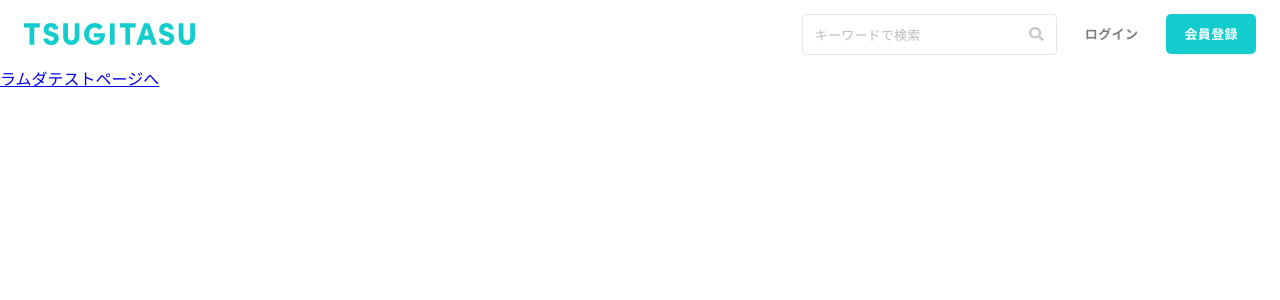
Repository: tsugitasu-japan/tsugitasu
Page: /
An editor plug-in stored every save of this project. The page is shown before and after the next save, followed by the edit.
The browser window is 1280 px wide. The pictures show the whole page.
The project was rebuilt for these pictures with package versions that can differ from the ones it lists, and the page was loaded fresh each time. Also part of the build but not shown: src/views/CreateAuth.vue.

Above is the page before, as saved 2022-06-30 16:06:16.

### src/App.vue
<template>
<div>
  <router-view></router-view>
</div>
</template>

<script>

</script>

<style>

/*リセットCSS--------------------------------*/
*,
*::before,
*::after {
  box-sizing: border-box;
}
body,
h1,
h2,
h3,
h4,
p,
figure,
blockquote,
dl,
dd {
  margin: 0;
}
ul[role="list"],
ol[role="list"] {
  list-style: none;
}
html:focus-within {
  scroll-behavior: smooth;
}
body {
  min-height: 100vh;
  text-rendering: optimizeSpeed;
  line-height: 1.5;
}
a:not([class]) {
  text-decoration-skip-ink: auto;
}
img,
picture {
  max-width: 100%;
  display: block;
}
input,
button,
textarea,
select {
  font: inherit;
}
@media (prefers-reduced-motion: reduce) {
  html:focus-within {
    scroll-behavior: auto;
  }
  *,
  *::before,
  *::after {
    animation-duration: 0.01ms !important;
    animation-iteration-count: 1 !important;
    transition-duration: 0.01ms !important;
    scroll-behavior: auto !important;
  }
}
/*リセットcss終了---------------------------------*/

</style>

### src/components/Header.vue
<template>
  <header>
    <div class="header__left">
      <router-link class="link_style" to="/"><img src="../assets/logo.svg"></router-link>
    </div>
    <div class="header__right">
      <!-- 検索ボックス -->
      <div class="search__area">
        <input
        class="search__input"
        type="text"
        placeholder="キーワードで検索"
        v-model="SeachKeywords"
        >
        <button
          class="search__button"
          @click="GetArticle"
          >
          <img src="../assets/Icon-search.svg">
        </button>
      </div>
      <div class="link_login_button"><router-link class="link_login" to="/login"><div class="link_login_text">ログイン</div></router-link></div>
      <div class="link_signup_button"><router-link class="link_signup" to="/signup"><div class="link_signup_text">会員登録</div></router-link></div>
    </div>

  </header>

</template>

<script>
export default{
  data() {
    return{
    SeachKeywords:'',
    }
  },
  methods:{

  }
}
</script>

<style scoped lang="scss">
@import url('https://fonts.googleapis.com/css2?family=Noto+Sans+JP:wght@300;400;500;700&display=swap');

// @import url("yakuhanjp/dist/scss/yakuhanjp_s");
$main-color:#13CCCE;
$main-hover:#26ABAD;
$black:#2B2B2B;
// $main-font-family:'メイリオ', 'Meiryo','Hiragino Kaku Gothic ProN','ヒラギノ角ゴ ProN W3',sans-serif;
$main-font-family:'Noto Sans JP', sans-serif;
header{
  display: flex;
  align-items: center;
  justify-content: space-between;
  padding: 0px 24px 0px 24px;
  height: 68px;
  .header__left{
    padding: 15px 0 15px 0px;
  }
  .header__right{
    display: flex;
    align-items: center;
    justify-content: center;
    .search__area{
        border: solid 1px #E6E6E6;
        border-radius: 4px;
        width:255px;
        display: flex;
        justify-content: space-between;
        padding:2px;
        transition: 0.1s ease;
        &:hover{
          border: solid 1px #999999;
        }
        &:focus-within{
          border: solid 1px #999999;
        }
      .search__input{
        font-family: $main-font-family;
        font-size: 13px;
        font-weight: 400;
        color: $black;
        width:215px;
        height: 35px;
        border: none;
        letter-spacing: 0.2px;
        padding-left:10px;
        vertical-align:top;
        line-height: 1.5;

          &::placeholder{
          font-family: $main-font-family;
          color: #bcbcbc;
          font-weight: 300;
          }

          &:focus{
            background: transparent;
            outline: transparent;
          }
      }
      .search__button{
        background-color: transparent;
        border:none;
        width:35px;
        height:35px;
          img{
            margin:0 auto;
        }
      }
    }
    // ログイン・サインアップリンク
    .link_login_button{
      margin:0px 12px;
     .link_login{
       text-decoration: none;
       display:block;
       .link_login_text{
         font-family: $main-font-family;
         font-size: 13px;
         font-weight: 700;
         letter-spacing: 0.4px;
         color: #7F7F7F;
         padding: 9px 16px;
         transition: 0.1s ease;
        &:hover{
          color:$black;
        }
       }
     }
    }
    .link_signup_button{
     .link_signup{
       text-decoration: none;
       display:block;
       border-radius: 5px;
       background-color: $main-color;
       transition: 0.1s ease;
      &:hover{
        background-color:$main-hover;
      }
       .link_signup_text{
         font-family: $main-font-family;
         font-size: 13px;
         font-weight: 700;
         letter-spacing: 0.4px;
         color: #FFFFFF;
         padding: 10px 18px;
        display: flex;
        align-items: center;
        justify-content: center;
       }
     }
    }
  }
}

</style>

### src/views/Index.vue
<template>
<div>
  <Header></Header>
  <router-link to="/test">ラムダテストページへ</router-link>
</div>

</template>

### src/views/CreateClass.vue
<template>
  <header class="create_header header_position">
    <router-link to="/dashboard" class="back_link_style">やめる</router-link>
    <div class="button_contnair">
      <svg class="help_icon" xmlns="http://www.w3.org/2000/svg" width="24" height="24" viewBox="0 0 24 24">
        <g transform="translate(-993 -18.35)">
          <path class="help_icon_fill"
            d="M6.291,0A4.932,4.932,0,0,0,1.91,2.317a.612.612,0,0,0,.132.837l1.1.833a.611.611,0,0,0,.847-.106A2.47,2.47,0,0,1,6.093,2.622c.783,0,1.752.5,1.752,1.263,0,.574-.474.869-1.247,1.3C5.7,5.694,4.5,6.323,4.5,7.9v.249a.611.611,0,0,0,.611.611H6.958a.611.611,0,0,0,.611-.611V8c0-1.091,3.189-1.137,3.189-4.089C10.758,1.687,8.452,0,6.291,0ZM6.036,9.507A1.763,1.763,0,1,0,7.8,11.271,1.765,1.765,0,0,0,6.036,9.507Z"
            transform="translate(998.896 23.658)" fill="#cecece" />
          <circle class="help_icon_stroke" cx="11" cy="11" r="11" transform="translate(994 19.35)" fill="none"
            stroke="#cecece" stroke-width="2" />
        </g>
      </svg>
    </div>
  </header>
  <CreateClassContent></CreateClassContent>
</template>

<script>
  import CreateClassContent from '../components/CreateClassContent.vue'

  export default{
    components:{
      CreateClassContent
    }
  }
</script>

<style scoped lang="scss">
@import url('https://fonts.googleapis.com/css2?family=Noto+Sans+JP:wght@300;400;500;700&display=swap');

// @import url("yakuhanjp/dist/scss/yakuhanjp_s");
$main-color: #13CCCE;
$main-hover: #26ABAD;
$black: #2B2B2B;
$off-color: #999999;
// $main-font-family:'メイリオ', 'Meiryo','Hiragino Kaku Gothic ProN','ヒラギノ角ゴ ProN W3',sans-serif;
$main-font-family: 'Noto Sans JP', sans-serif;

.create_header {
  height: 60px;
  padding: 0px 24px 0px 24px;
  display: flex;
  justify-content: space-between;
  align-items: center;
  background-color: #FFFFFF;
  border-bottom: 1px solid #ECECEC;
  .button_contnair {
    width: 30px;
    height: 30px;
    position: relative;

    &:hover .help_icon_fill {
      fill: #8c8c8c;
    }

    &:hover .help_icon_stroke {
      stroke: #8c8c8c;
    }

    .help_icon {
      position: absolute;
      top: 0;
      left: 0;
      right: 0;
      bottom: 0;
      margin: auto;

      .help_icon_fill {
        transition: .1s;
      }

      .help_icon_stroke {
        transition: .1s;
      }
    }
  }

  .back_link_style {
    text-decoration: none;
    font-family: $main-font-family;
    font-size: 13.5px;
    font-weight: 700;
    color: $off-color;
    letter-spacing: 0.2px;
    transition: .2s ease;

    &:hover {
      color: $black;
    }
  }
}
</style>

### src/components/SignUpHeader.vue
<template>
  <header>
    <div class="signup__header__left">
      <router-link class="link_style" to="/"><img src="../assets/logo.svg"></router-link>
    </div>
    <div class="signup__header__right">
      <div class="link_login_button"><router-link class="link_login" to="/login"><div class="link_login_text">ログインはこちらから</div></router-link></div>
    </div>

  </header>

</template>

<style  scoped lang="scss">
@import url('https://fonts.googleapis.com/css2?family=Noto+Sans+JP:wght@300;400;500;700&display=swap');

// @import url("yakuhanjp/dist/scss/yakuhanjp_s");
$main-color:#13CCCE;
$main-hover:#26ABAD;
$black:#2B2B2B;
// $main-font-family:'メイリオ', 'Meiryo','Hiragino Kaku Gothic ProN','ヒラギノ角ゴ ProN W3',sans-serif;
$main-font-family:'Noto Sans JP', sans-serif;

header{
  display: flex;
  align-items: center;
  justify-content: space-between;
  padding: 14px 24px 14px 24px;
  border-bottom:1px solid #ECECEC ;

  // .header__left{

  // }
  .signup__header__right{
    // ログイン
    .link_login_button{
      margin:0px 12px;
     .link_login{
       text-decoration: none;
       display:block;
       .link_login_text{
         font-family: $main-font-family;
         font-size: 13px;
         font-weight: 500;
         letter-spacing: 0.4px;
         color: #7F7F7F;
         padding: 9px 0px;
         transition: 0.1s ease;
        &:hover{
          color:$black;
        }
       }
     }
    }
  }
}

</style>

### src/components/LogInHeader.vue
<template>
  <header>
    <div class="signup__header__left">
      <router-link class="link_style" to="/"><img src="../assets/logo.svg"></router-link>
    </div>
    <div class="signup__header__right">
      <div class="link_login_button"><router-link class="link_login" to="/signup"><div class="link_login_text">会員登録はこちらから</div></router-link></div>
    </div>

  </header>

</template>

<style  scoped lang="scss">
@import url('https://fonts.googleapis.com/css2?family=Noto+Sans+JP:wght@300;400;500;700&display=swap');

// @import url("yakuhanjp/dist/scss/yakuhanjp_s");
$main-color:#13CCCE;
$main-hover:#26ABAD;
$black:#2B2B2B;
// $main-font-family:'メイリオ', 'Meiryo','Hiragino Kaku Gothic ProN','ヒラギノ角ゴ ProN W3',sans-serif;
$main-font-family:'Noto Sans JP', sans-serif;

header{
  display: flex;
  align-items: center;
  justify-content: space-between;
  padding: 14px 24px 14px 24px;
  border-bottom:1px solid #ECECEC ;

  // .header__left{

  // }
  .signup__header__right{
    // ログイン
    .link_login_button{
      margin:0px 12px;
     .link_login{
       text-decoration: none;
       display:block;
       .link_login_text{
         font-family: $main-font-family;
         font-size: 13px;
         font-weight: 500;
         letter-spacing: 0.4px;
         color: #7F7F7F;
         padding: 9px 0px;
         transition: 0.1s ease;
        &:hover{
          color:$black;
        }
       }
     }
    }
  }
}

</style>

### src/components/MyProfile.vue
<template>
  <div class="profile_layout">
    <div class="self_introduce_contnair">
      <div class="self_introduce_contnair_left">
        <div class="img_area">
          <!-- 本当はユーザーのアイコンを設置 -->
          <div class="test_circle"></div>
        </div>
        <div class="text_area">
          <p class="profile_username_style username_padding">{{ username }}</p>
          <p class="profile_selfintro_style profile_selfintro_contnair">{{ selfIntroduction }}</p>
          <div class="follow_info_area">
            <router-link to="/profile/following" class="follow_info_style follow_info_margin_r"><span class="follow_num_style">{{ followNum }}</span> フォロー</router-link>
            <router-link to="/profile/followers" class="follow_info_style"><span class="follow_num_style">{{ followerNum }}</span> フォロワー</router-link>
          </div>
       </div>
      </div>
      <div class="button_area">
        <div class="edit_button">
          <router-link class="link_edit_button" to="/profile/edit">
            <div class="edit_button_text">設定</div>
          </router-link>
        </div>
      </div>
    </div>
  </div>
</template>

<script>
export default {
  data() {
    return {
      username: '小島聡太テスト',
      selfIntroduction: '愛知県名古屋市で数学教員をしています。 数学の問題と解答をブラッシュアップの目的も兼ねて、時々投稿しています。 愛知県名古屋市で数学教員をしています。 数学の問題と解答をブラッシュアップの目的も兼ねて、時々投稿しています。',
      followNum: '3',
      followerNum: '3',
    }
  }
}

</script>

<style scoped lang="scss">
@import url('https://fonts.googleapis.com/css2?family=Noto+Sans+JP:wght@300;400;500;700&display=swap');

// @import url("yakuhanjp/dist/scss/yakuhanjp_s");
$main-color: #13CCCE;
$main-hover: #26ABAD;
$black: #2B2B2B;
// $main-font-family:'メイリオ', 'Meiryo','Hiragino Kaku Gothic ProN','ヒラギノ角ゴ ProN W3',sans-serif;
$main-font-family: 'Noto Sans JP', sans-serif;

.profile_layout {
  margin-top: 65px;
  display: flex;
  justify-content: center;

  .self_introduce_contnair {
    width: 730px;
    display: flex;
    justify-content: space-between;
    padding-bottom: 42px;
    border-bottom: 1px solid #E6E6E6;
    .self_introduce_contnair_left{
      display: flex;
    .img_area {
      margin-right: 32px;
      .test_circle {
        width: 104px;
        height: 104px;
        border-radius: 57px;
        background-color: #2B2B2B;
      }
    }

    .text_area {
      .profile_username_style {
        font-family: $main-font-family;
        font-size: 22px;
        font-weight: 700;
        letter-spacing: 0.8px;
        color: $black;
      }

      .username_padding {
        padding-bottom: 10px;
      }

      .profile_selfintro_style {
        font-family: $main-font-family;
        font-size: 14px;
        font-weight: 400;
        letter-spacing: 0.4px;
        line-height: 1.94;
        color: $black;
      }

      .profile_selfintro_contnair {
        max-width: 500px;
      }

      .follow_info_area {
        display: flex;
        padding-top: 11px;

        .follow_info_style {
          font-family: $main-font-family;
          font-size: 14px;
          font-weight: 400;
          letter-spacing: 0.4px;
          color: #7F7F7F;
          text-decoration: none;
          .follow_num_style{
          font-family: $main-font-family;
          font-size: 15px;
          font-weight: 700;
          color: $black;
          }
        }
        .follow_info_margin_r{
          margin-right: 12px;
        }
      }
    }

    }
    .button_area {
      .edit_button {
        .link_edit_button {
          text-decoration: none;
          display: block;
          border-radius: 3px;
          background-color: #FFFFFF;
          border: 1px solid #D8D8D8;
          transition: 0.2s ease;

          &:hover {
            border: 1px solid #404040;
          }

          .edit_button_text {
            font-family: $main-font-family;
            font-size: 12.5px;
            font-weight: 700;
            letter-spacing: 0.4px;
            color: #404040;
            padding: 9px 26px;
            display: flex;
            align-items: center;
            justify-content: center;
          }
        }
      }
    }
  }
}
</style>

### src/components/CreateAuthContent.vue
<template>
  <section>
    <div class="auth_contnair">

      <div class="auth_contnair_top">
        <h1 class='auth_title'>本人確認</h1>
        <p class="auth_user_email auth_user_email_margin">{{ email }}</p>
        <button class="repost_auth_code_button">認証コードを再送する</button>
      </div>

      <div class="auth_number_input_contnair">

        <input type="tel" class="auth_number_input" maxlength="1" autocorrect="off" autocapitalize="off"
          autocomplete="off" spellcheck="false" autofocus v-model="authNum01" ref="num01">

        <input type="tel" class="auth_number_input" maxlength="1" autocorrect="off" autocapitalize="off"
          autocomplete="off" spellcheck="false" v-model="authNum02" ref="num02" @keydown.delete="delite01">

        <input type="tel" class="auth_number_input" maxlength="1" autocorrect="off" autocapitalize="off"
          autocomplete="off" spellcheck="false" v-model="authNum03" ref="num03" @keydown.delete="delite02">

        <input type="tel" class="auth_number_input" maxlength="1" autocorrect="off" autocapitalize="off"
          autocomplete="off" spellcheck="false" v-model="authNum04" ref="num04" @keydown.delete="delite03">

        <input type="tel" class="auth_number_input" maxlength="1" autocorrect="off" autocapitalize="off"
          autocomplete="off" spellcheck="false" v-model="authNum05" ref="num05" @keydown.delete="delite04">

        <input type="tel" class="auth_number_input" maxlength="1" autocorrect="off" autocapitalize="off"
          autocomplete="off" spellcheck="false" v-model="authNum06" ref="num06" @keydown.delete="delite05">

      </div>

      <!-- エラー時表示 -->
      <p v-show="authError" class="auth_error_message">認証コードが正しくありません</p>

      <div class="auth_contnair_bottom">
        <p class="auth_explain">認証用コードを上記のアドレスに送信しました<br>続けるにはコードを入力してください</p>
        <button class="submit_button" v-bind:disabled="!isAuthSubmitButtonActive" @click="postAuth">認証</button>
      </div>
    </div>

  </section>
</template>

<script>

export default {
  data() {
    return {
      email: 'sotakojima@test.com',
      authError: false,
      // 認証コード
      authNum01: '',
      authNum02: '',
      authNum03: '',
      authNum04: '',
      authNum05: '',
      authNum06: '',
    }
  },
  computed: {
    // 承認ボタンを押せるか否かのバリデーション
     isAuthSubmitButtonActive() {
      if (this.authNum01 != '' && this.authNum02 != '' && this.authNum03 != '' && this.authNum04 != '' && this.authNum05 != '' && this.authNum06 != '') return true;
      return false;
    }
  },
  methods: {
    // input''の時Deliteでひとつ前のinputへ移動＆削除
  },
  watch: {
    // 入力されたらフォーカス移動
    authNum01: function (num) { if (num.length >= 1) { this.$refs.num02.focus() } },
    authNum02: function (num) { if (num.length >= 1) { this.$refs.num03.focus() } },
    authNum03: function (num) { if (num.length >= 1) { this.$refs.num04.focus() } },
    authNum04: function (num) { if (num.length >= 1) { this.$refs.num05.focus() } },
    authNum05: function (num) { if (num.length >= 1) { this.$refs.num06.focus() } },
  }
}
</script>

<style scoped lang="scss">
@import url('https://fonts.googleapis.com/css2?family=Noto+Sans+JP:wght@300;400;500;700&display=swap');

// @import url("yakuhanjp/dist/scss/yakuhanjp_s");
$main-color: #13CCCE;
$main-hover: #26ABAD;
$black: #2B2B2B;
// $main-font-family:'メイリオ', 'Meiryo','Hiragino Kaku Gothic ProN','ヒラギノ角ゴ ProN W3',sans-serif;
$main-font-family: 'Noto Sans JP', sans-serif;

section {
  margin-top: 45px;

  .auth_contnair {
    display: flex;
    flex-direction: column;
    align-items: center;

    .auth_contnair_top {
      display: flex;
      flex-direction: column;
      align-items: center;

      .auth_title {
        font-family: $main-font-family;
        color: $black;
        font-size: 20px;
        font-weight: 700;
        letter-spacing: 0.63px;
        text-align: center;
      }

      .auth_user_email {
        font-family: $main-font-family;
        color: $black;
        font-size: 19px;
        font-weight: 400;
        letter-spacing: 0.67px;
        text-align: center;
      }

      .auth_user_email_margin {
        margin: 19px 0px 9px 0px;
      }

      .repost_auth_code_button {
        font-family: $main-font-family;
        color: #CECECE;
        font-size: 13px;
        font-weight: 400;
        letter-spacing: 0.44px;
        text-align: center;
        background-color: transparent;
        border: none;
        transition: .1s;

        &:hover {
          color: $main-color;
        }
      }
    }

    .auth_number_input_contnair {
      display: flex;
      column-gap: 31px;
      padding: 50px 0px 33px 0px;

      .auth_number_input {
        width: 35px;
        font-family: $main-font-family;
        font-size: 39px;
        font-weight: 300;
        color: $black;
        border-bottom: 2px solid #E6E6E6;
        border-right: none;
        border-left: none;
        border-top: none;
        transition: 0.2s;
        text-align: center;
        padding: 0 0 5px 0;

        &:focus {
          outline: transparent;
          border-bottom: 2px solid $main-color;
        }
      }
    }

    .auth_error_message {
      font-family: $main-font-family;
      color: #FE0F33;
      font-size: 13px;
      font-weight: 400;
      letter-spacing: 0.44px;
      text-align: center;
    }

    .auth_contnair_bottom {
      display: flex;
      flex-direction: column;
      align-items: center;
      padding: 33px 0px 0px 0px;

      .auth_explain {
        font-family: $main-font-family;
        color: $black;
        font-size: 13px;
        font-weight: 400;
        letter-spacing: 0.44px;
        text-align: center;
        line-height: 1.46;
      }

      .submit_button {
        text-decoration: none;
        display: block;
        border-radius: 2px;
        background-color: #ebebeb;
        transition: 0.1s ease;
        border: transparent;
        font-family: $main-font-family;
        font-size: 14px;
        font-weight: 700;
        letter-spacing: 0.4px;
        color: #FFFFFF;
        width: 188px;
        height: 42px;
        margin: 45px 0px 25px 0px;

        &:valid {
          background-color: $main-color;

          &:hover {
            background-color: $main-hover;
          }
        }
      }
    }
  }
}
</style>

### src/views/SignUp.vue
<template>
  <SignUpHeader></SignUpHeader>
  <SignUpContents></SignUpContents>
</template>

<script>
  import SignUpHeader from '../components/SignUpHeader.vue'
  import SignUpContents from '../components/SignUpContents.vue'

  export default{
    components:{
      SignUpHeader,
      SignUpContents,
    }
  }
</script>

### src/views/Login.vue
<template>
  <LogInHeader></LogInHeader>
  <LogInContents></LogInContents>
</template>

<script>
  import LogInHeader from '../components/LogInHeader.vue'
  import LogInContents from '../components/LogInContents.vue'

  export default{
    components:{
      LogInHeader,
      LogInContents,
    }
  }
</script>

### src/views/Dashboard.vue
<template>
<div class="dashboard">
  <HeaderLogin></HeaderLogin>
  <div class="content">
    <DashboardSidebar></DashboardSidebar>
    <DashboardClass></DashboardClass>
  </div>
</div>
</template>

<script>
  import HeaderLogin from '../components/HeaderLogin.vue'
  import DashboardSidebar from '../components/DashboardSidebar.vue'
  import DashboardClass from '../components/DashboardClass.vue'

  export default{
    components:{
      HeaderLogin,
      DashboardSidebar,
      DashboardClass,
    }
  }
</script>

<style scoped>
.content{
  display: flex;
}
</style>

### src/views/Profile.vue
<template>
<div class="prpfile">
  <HeaderLogin></HeaderLogin>
  <div class="content">
    <MyProfile></MyProfile>
    <!-- <MyprofileChange></MyprofileChange> -->
  </div>
</div>
</template>

<script>
  import HeaderLogin from '../components/HeaderLogin.vue'
  import MyProfile from '../components/MyProfile.vue'
  // import MyprofileChange from '../components/MyprofileChange.vue'

  export default{
    components:{
      HeaderLogin,
      MyProfile,
      // MyprofileChange,
    }
  }
</script>

### src/components/LamdaTest.vue
<template>
<button @click="createUserTest">PUSH</button>
</template>


<script>
import axios from 'axios'
export default{
  methods:{
    // サーバーに作成ユーザー情報を送信 Axios
    createUserTest() {
      axios.post(
        // LamdaURL
        'https://0dpf7vjoce.execute-api.ap-northeast-1.amazonaws.com/dev/user/entry/tmp',
        {
          body: {
            "email": "hoge@example.com",
            "password": "hogehoge345"
          }
        }
      );
    }
  }
}
</script>

Loaded but not shown: public/index.html (common file); src/store/index.js (57 lines, source omitted); src/router.js (25 lines, source omitted); src/main.js (17 lines, source omitted); src/components/CreateClassContent.vue (979 lines, source omitted); src/components/DashboardSidebar.vue (249 lines, source omitted); src/components/SignUpContents.vue (426 lines, source omitted); src/components/DashboardClass.vue (342 lines, source omitted); src/components/LogInContents.vue (268 lines, source omitted); src/components/HeaderLogin.vue (261 lines, source omitted)

After the next save:
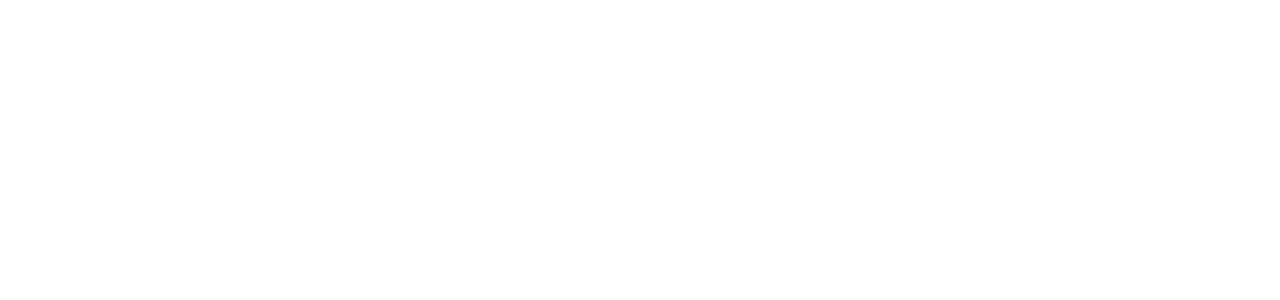
Console error: ReferenceError: delite is not defined
Saved 39 s later.
--- a/src/components/CreateAuthContent.vue
+++ b/src/components/CreateAuthContent.vue
@@ -14,19 +14,19 @@
           autocomplete="off" spellcheck="false" autofocus v-model="authNum01" ref="num01">
 
         <input type="tel" class="auth_number_input" maxlength="1" autocorrect="off" autocapitalize="off"
-          autocomplete="off" spellcheck="false" v-model="authNum02" ref="num02" @keydown.delete="delite01">
-
-        <input type="tel" class="auth_number_input" maxlength="1" autocorrect="off" autocapitalize="off"
-          autocomplete="off" spellcheck="false" v-model="authNum03" ref="num03" @keydown.delete="delite02">
-
-        <input type="tel" class="auth_number_input" maxlength="1" autocorrect="off" autocapitalize="off"
-          autocomplete="off" spellcheck="false" v-model="authNum04" ref="num04" @keydown.delete="delite03">
-
-        <input type="tel" class="auth_number_input" maxlength="1" autocorrect="off" autocapitalize="off"
-          autocomplete="off" spellcheck="false" v-model="authNum05" ref="num05" @keydown.delete="delite04">
-
-        <input type="tel" class="auth_number_input" maxlength="1" autocorrect="off" autocapitalize="off"
-          autocomplete="off" spellcheck="false" v-model="authNum06" ref="num06" @keydown.delete="delite05">
+          autocomplete="off" spellcheck="false" v-model="authNum02" ref="num02" @keydown.delete="delete01">
+
+        <input type="tel" class="auth_number_input" maxlength="1" autocorrect="off" autocapitalize="off"
+          autocomplete="off" spellcheck="false" v-model="authNum03" ref="num03" @keydown.delete="delete02">
+
+        <input type="tel" class="auth_number_input" maxlength="1" autocorrect="off" autocapitalize="off"
+          autocomplete="off" spellcheck="false" v-model="authNum04" ref="num04" @keydown.delete="delete03">
+
+        <input type="tel" class="auth_number_input" maxlength="1" autocorrect="off" autocapitalize="off"
+          autocomplete="off" spellcheck="false" v-model="authNum05" ref="num05" @keydown.delete="delete04">
+
+        <input type="tel" class="auth_number_input" maxlength="1" autocorrect="off" autocapitalize="off"
+          autocomplete="off" spellcheck="false" v-model="authNum06" ref="num06" @keydown.delete="delete05">
 
       </div>
 
@@ -67,6 +67,7 @@
   },
   methods: {
     // input''の時Deliteでひとつ前のinputへ移動＆削除
+    delite
   },
   watch: {
     // 入力されたらフォーカス移動

After the save that followed:
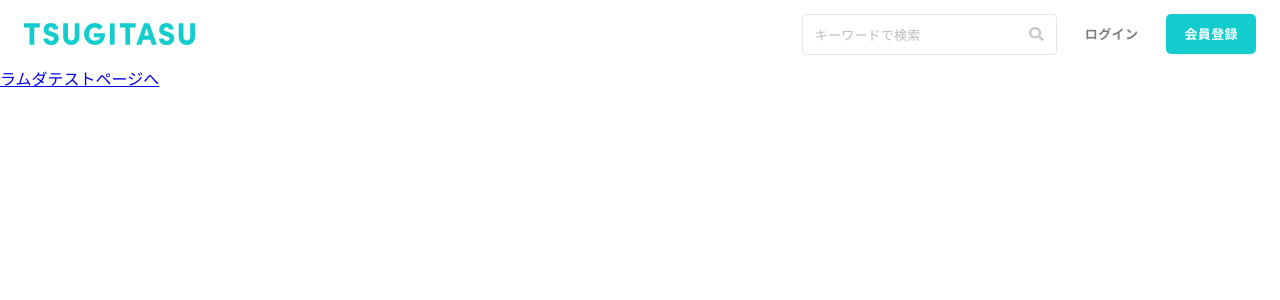
The error is gone.
Saved 53 s later.
--- a/src/components/CreateAuthContent.vue
+++ b/src/components/CreateAuthContent.vue
@@ -67,7 +67,9 @@
   },
   methods: {
     // input''の時Deliteでひとつ前のinputへ移動＆削除
-    delite
+    delete01(){
+
+    }
   },
   watch: {
     // 入力されたらフォーカス移動
